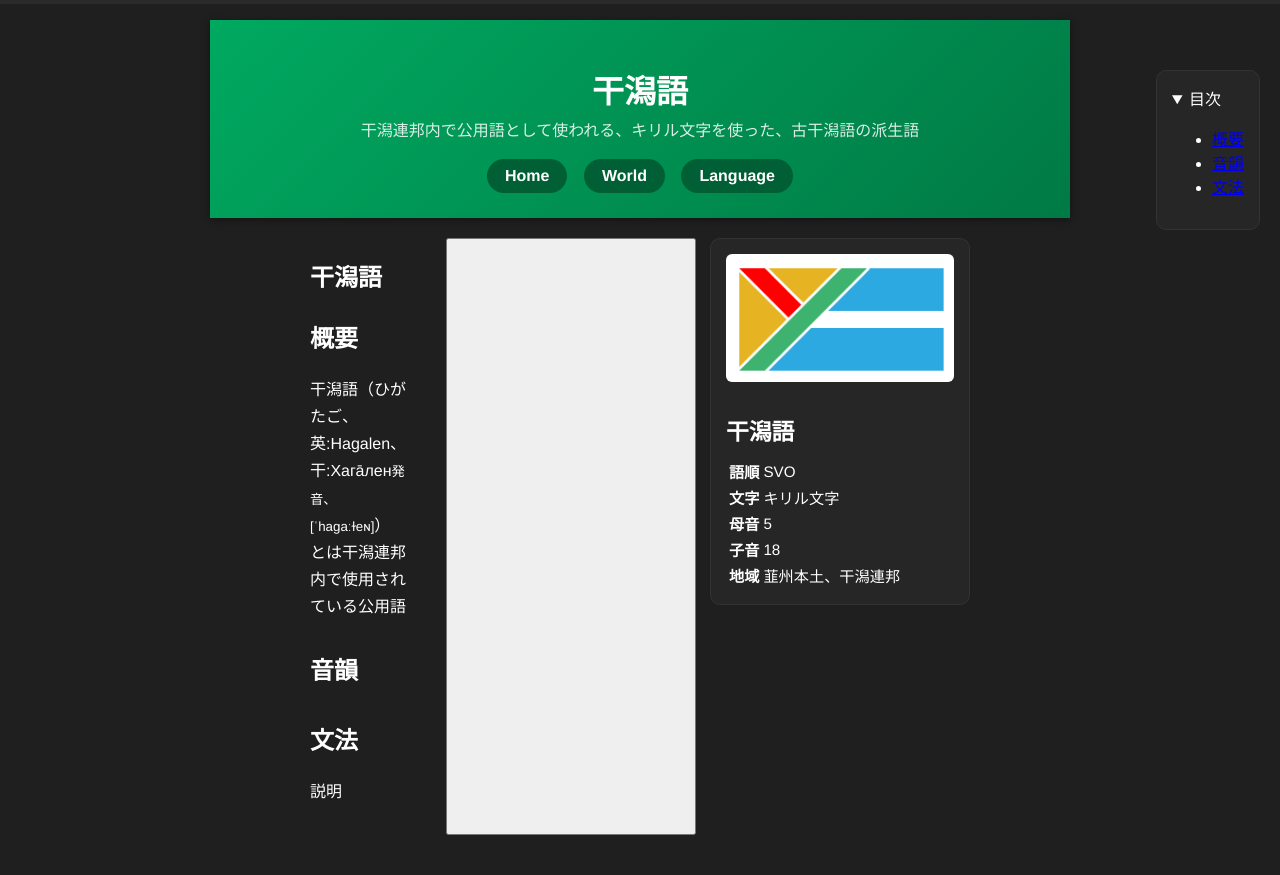
Repository: Player5270-antake/Player5270-antake.github.io
Page: language/hagalen/index.html
The author's editor kept a copy of each file at every save. The page is drawn from the files as they stood at one save, then again after the next save.
The browser window is 1280 px wide. The pictures show the whole page.

Above is the page before, as saved 2026-03-08 17:36:39.

### language/hagalen/index.html
<!DOCTYPE html>
<html lang="ja">
<head>
    <meta charset="UTF-8">
    <meta name="viewport" content="width=device-width, initial-scale=1.0">
    <title>干潟語 | あんたけのガレージセンター</title>
    <link rel="stylesheet" href="../../css/base.css">
    <link rel="stylesheet" href="../../css/layout.css">
    <link rel="stylesheet" href="../../css/header.css">
    <link rel="stylesheet" href="../../css/subpage.css">
</head>
<body class="subpage">
    <div class="progress-bar">
        <div class="progress"></div>
    </div>
    <div class="container">
        <header>
            <h1>干潟語</h1>
            <p>干潟連邦内で公用語として使われる、キリル文字を使った、古干潟語の派生語</p>
            <nav>
                <a href="../../">Home</a>
                <a href="../../world/">World</a>
                <a href="../">Language</a>
            </nav>
        </header>
        <main>
            <button class="toc-toggle" id="tocToggle">
                <span></span>
                <span></span>
                <span></span>
            </button>
            <nav class="toc" id="toc">
                <ul id="tocList"></ul>
            </nav>
            <aside class="infobox">
                <img src="../../image/flag_hagalen.png" alt="言語旗">
                <h2>干潟語</h2>

                <table>

                <tr>
                <th>語順</th>
                <td>SVO</td>
                </tr>

                <tr>
                <th>文字</th>
                <td>キリル文字</td>
                </tr>

                <tr>
                <th>母音</th>
                <td>5</td>
                </tr>

                <tr>
                <th>子音</th>
                <td>18</td>
                </tr>

                <tr>
                <th>地域</th>
                <td>韮州本土、干潟連邦</td>
                </tr>

                </table>
            </aside>
            <div class="page-layout">

                <article class="article">
                <h1>干潟語</h1>

                <section id="overview">
                <h2>概要</h2>
                <p>干潟語（ひがたご、英:Hagalen、干:Хага̄лен<small>発音、[ˈhaɡaːɫeɴ]</small>）とは干潟連邦内で使用されている公用語</p>
                </section>

                <section id="phonology">
                <h2>音韻</h2>
                <p></p>
                </section>

                <section id="grammar">
                <h2>文法</h2>
                <p>説明</p>
                </section>

                </article>

                <button class="toc-toggle">
                    <span></span>
                    <span></span>
                    <span></span>
                </button>
                <details class="toc" open>
                <summary>目次</summary>
                <ul>
                <li><a href="#overview">概要</a></li>
                <li><a href="#phonology">音韻</a></li>
                <li><a href="#grammar">文法</a></li>
                </ul>
                </details>

                </div>
        </main>
    </div>
    <script src="../../javascript/script.js"></script>
</body>
</html>

### css/base.css
/* リセット・基本 */
*{
    box-sizing:border-box;
}

body{
    background-color:#1f1f1f;
    color:white;
    font-family:'Helvetica Neue','Helvetica','Arial',sans-serif;
    margin:0;
}

html{
    scroll-behavior:smooth;
}

.container{
    max-width:900px;
    margin:0 auto;
    padding:20px;
}

/* 見出し */
h2{
    margin-bottom:10px;
}

/* セクション */
section{
    margin-bottom:30px;
}

### css/layout.css
/* メイン */
main{
    padding:20px;
    margin-top:20px;
    max-width:700px;
    margin:auto;
}

/* フッター */
footer{
    margin-top:40px;
    padding:25px;
    text-align:center;
    background:#181818;
    border-top:1px solid #333;
}

.footer-nav{
    margin-top:10px;
}

.footer-nav a{
    text-decoration:none;
    color:#aaa;
    margin:0 10px;
}

.footer-nav a:hover{
    color:white;
}

/* スクロールバー */
.progress-bar{
    position:fixed;
    top:0;
    left:0;
    width:100%;
    height:4px;
    background:#2a2a2a;
    z-index:2000;
}

.progress{
    height:100%;
    width:0%;
    background:#4a90e2;
    transition:width 0.1s;
}

### css/header.css
header{
    background:linear-gradient(135deg,#00a960,#007a45);
    padding:25px;
    text-align:center;
    z-index:1000;
    box-shadow:0 2px 8px rgba(0,0,0,0.4);
}

header h1{
    margin-bottom:5px;
    font-size:32px;
}

header p{
    margin-top:0;
    opacity:0.85;
}

/* ナビ */
nav{
    margin-top:18px;
}

nav a{
    text-decoration:none;
    color:white;
    background-color:#005f34;
    padding:8px 18px;
    margin:0 6px;
    border-radius:20px;
    font-weight:bold;
    display:inline-block;
}

nav a:hover{
    background-color:#004d2b;
    transform:translateY(-2px);
}

### css/subpage.css
/* ヘッダー固定なし */
header{
    position:static;
}

/* 記事 */
.article{
    max-width:800px;
    line-height:1.7;
}

/* ページレイアウト */
.page-layout{
    display:grid;
    grid-template-columns:1fr 250px;
    gap:40px;
}

/* 目次 */
.toc{
    position:fixed;
    top:70px;
    right:20px;
    background:#262626;
    border:1px solid #333;
    border-radius:10px;
    padding:15px;
}

/* infobox */
.infobox{
    float:right;
    width:260px;
    background:#262626;
    border:1px solid #333;
    border-radius:10px;
    padding:15px;
    margin:0 0 20px 20px;
    font-size:0.95em;
}

.infobox img{
    width:100%;
    border-radius:6px;
    margin-bottom:10px;
}

/* スマホ */
@media (max-width:900px){

    .page-layout{
        grid-template-columns:1fr;
    }

    .toc{
        position:static;
    }

    .infobox{
        float:none;
        width:100%;
        margin:20px 0;
    }

}

### javascript/script.js
const sections = document.querySelectorAll("section");
const links = document.querySelectorAll(".toc a");

const observer = new IntersectionObserver(entries => {

entries.forEach(entry => {

if(entry.isIntersecting){

links.forEach(link => {
link.classList.remove("active");
});

const id = entry.target.getAttribute("id");
const activeLink = document.querySelector(`.toc a[href="#${id}"]`);

if(activeLink){
activeLink.classList.add("active");
}

}

});

window.addEventListener("scroll", () => {

    const scrollTop = document.documentElement.scrollTop;
    const scrollHeight = document.documentElement.scrollHeight - document.documentElement.clientHeight;

    const progress = (scrollTop / scrollHeight) * 100;

    document.querySelector(".progress").style.width = progress + "%";

    });

},{
rootMargin: "-40% 0px -55% 0px"
});

sections.forEach(section=>{
observer.observe(section);
});

const button = document.querySelector(".toc-toggle");
const toc = document.querySelector(".toc");

window.addEventListener("scroll", () => {

if(window.scrollY > 300){
button.style.display = "block";
}else{
button.style.display = "none";
}

});

button.addEventListener("click", () => {

toc.classList.toggle("open");

});

After the next save:
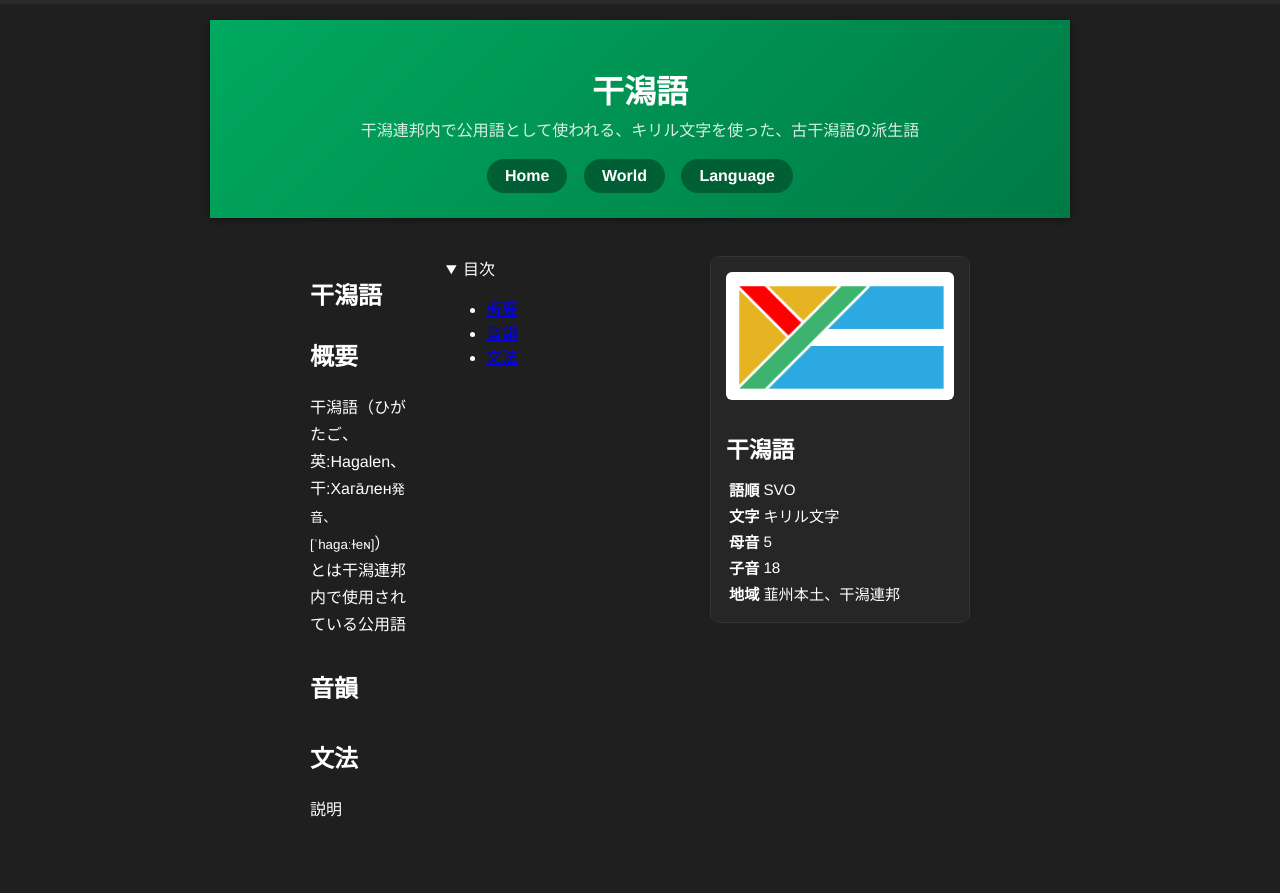
Saved 42 s later.
--- a/css/subpage.css
+++ b/css/subpage.css
@@ -17,15 +17,29 @@ header{
 }
 
 /* 目次 */
-.toc{
+.toc-toggle{
     position:fixed;
-    top:70px;
-    right:20px;
+    top:20px;
+    left:20px;
+    width:40px;
+    height:40px;
     background:#262626;
     border:1px solid #333;
-    border-radius:10px;
-    padding:15px;
+    border-radius:8px;
+    cursor:pointer;
+    display:none;
+    z-index:2000;
+    }
+
+    .toc-toggle span{
+    display:block;
+    width:20px;
+    height:2px;
+    background:white;
+    margin:6px auto;
 }
+
+
 
 /* infobox */
 .infobox{
